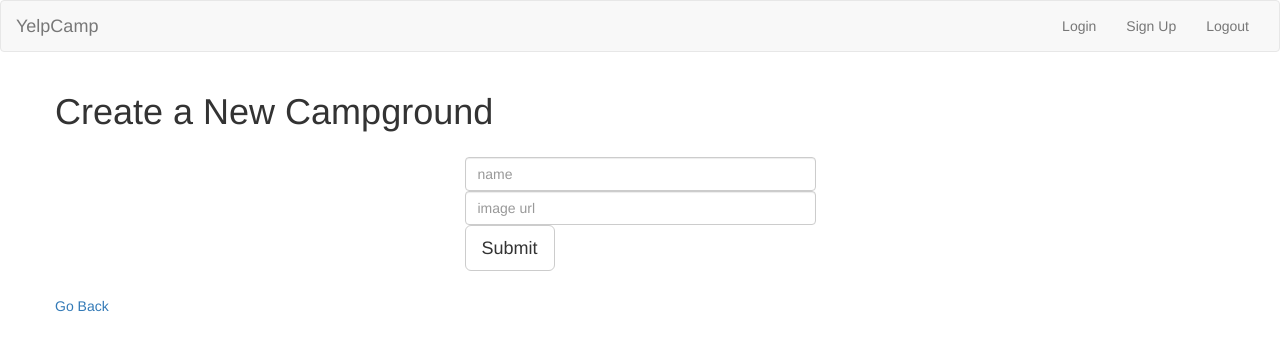
Repository: iceljc/web-development
Page: http://localhost/campgrounds/new
The author's editor kept a record of every edit. The page is drawn from the files as they stood at one moment, then again after the next edit.
The browser window is 1280 px wide. The pictures show the whole page.
The page is served by the project's Node server (YelpCamp/v1/app.js).

Above is the page before.

### YelpCamp/v1/views/new.ejs
<% include partials/header %>

<div class="container">
    <div class="row">
        <h1>Create a New Campground</h1>
        <div style="width: 30%; margin: 25px auto;">
            <form action="/campgrounds" method="POST">
                <input class="form-control" type="text" name="name" placeholder="name">
                <input class="form-control" type="text" name="image" placeholder="image url">
                <button class="btn btn-lg btn-default">Submit</button>
            </form>
        </div>

        <a href="/campgrounds">Go Back</a>
    </div>
</div>



<% include partials/footer %>

### YelpCamp/v1/views/partials/header.ejs
<!DOCTYPE html>
<html>
    <head>
        <title>YelpCamp</title>
        <link rel="stylesheet" href="https://maxcdn.bootstrapcdn.com/bootstrap/3.3.5/css/bootstrap.min.css">
    </head>
    <body>
    <nav class="navbar navbar-default">
        <div class="container-fluid">
            <div class="navbar-header">
                <a class="navbar-brand" href="/">YelpCamp</a>
            </div>
            <div class="collapse navbar-collapse">
                <ul class="nav navbar-nav navbar-right">
                    <li><a href="/">Login</a></li>
                    <li><a href="/">Sign Up</a></li>
                    <li><a href="/">Logout</a></li>
                </ul>
            </div>
        </div>
    </nav>

### YelpCamp/v1/app.js
var express = require("express");
var app = express();
var bodyParser = require("body-parser");

app.use(bodyParser.urlencoded({extended: true}));
app.set("view engine", "ejs");


var campgrounds = [
        {name: "Salmon Creek", image: "https://farm9.staticflickr.com/8442/7962474612_bf2baf67c0.jpg"},
        {name: "Granite Hill", image: "https://farm1.staticflickr.com/60/215827008_6489cd30c3.jpg"},
        {name: "Mountain Goat's Rest", image: "https://farm7.staticflickr.com/6057/6234565071_4d20668bbd.jpg"},
        {name: "Salmon Creek", image: "https://farm9.staticflickr.com/8442/7962474612_bf2baf67c0.jpg"},
        {name: "Granite Hill", image: "https://farm1.staticflickr.com/60/215827008_6489cd30c3.jpg"},
        {name: "Mountain Goat's Rest", image: "https://farm7.staticflickr.com/6057/6234565071_4d20668bbd.jpg"},
        {name: "Salmon Creek", image: "https://farm9.staticflickr.com/8442/7962474612_bf2baf67c0.jpg"},
        {name: "Granite Hill", image: "https://farm1.staticflickr.com/60/215827008_6489cd30c3.jpg"},
        {name: "Mountain Goat's Rest", image: "https://farm7.staticflickr.com/6057/6234565071_4d20668bbd.jpg"}
    ];



app.get("/", function(req, res){
    res.render("landing");
});


app.get("/campgrounds", function(req, res){
    res.render("campgrounds", {campgrounds:campgrounds});
});


app.get("/campgrounds/new", function(req, res){
    res.render("new");
});


app.post("/campgrounds", function(req, res){
    // get data from form and add to campgrounds array
    var name = req.body.name;
    var image = req.body.image;
    var newCampground = {name: name, image: image};
    campgrounds.push(newCampground);
    //redirect back to campgrounds page
    res.redirect("/campgrounds");
});


app.listen(process.env.PORT, process.env.IP, function(){
   console.log("The YelpCamp Server Has Started!");
});

Loaded but not shown: YelpCamp/v1/views/partials/footer.ejs (common file)

After the next edit:
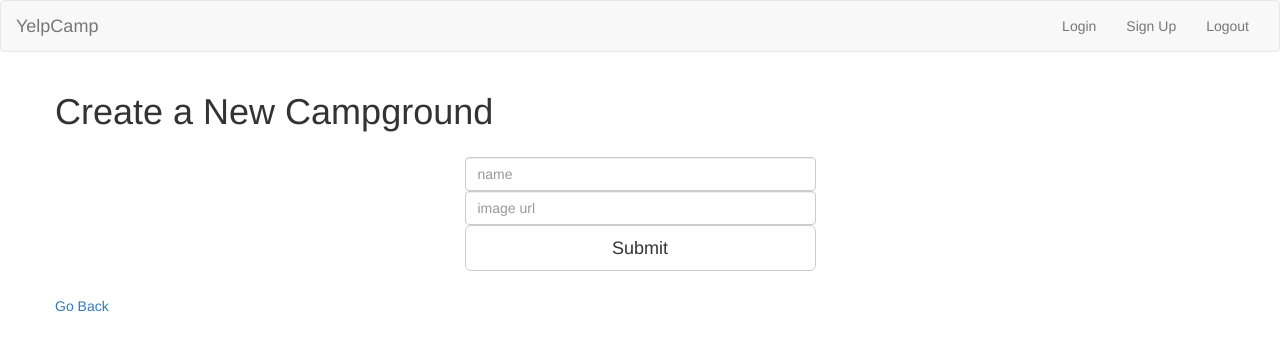
The edit:
--- a/YelpCamp/v1/views/new.ejs
+++ b/YelpCamp/v1/views/new.ejs
@@ -7,7 +7,7 @@
             <form action="/campgrounds" method="POST">
                 <input class="form-control" type="text" name="name" placeholder="name">
                 <input class="form-control" type="text" name="image" placeholder="image url">
-                <button class="btn btn-lg btn-default">Submit</button>
+                <button class="btn btn-lg btn-default btn-block">Submit</button>
             </form>
         </div>
 
